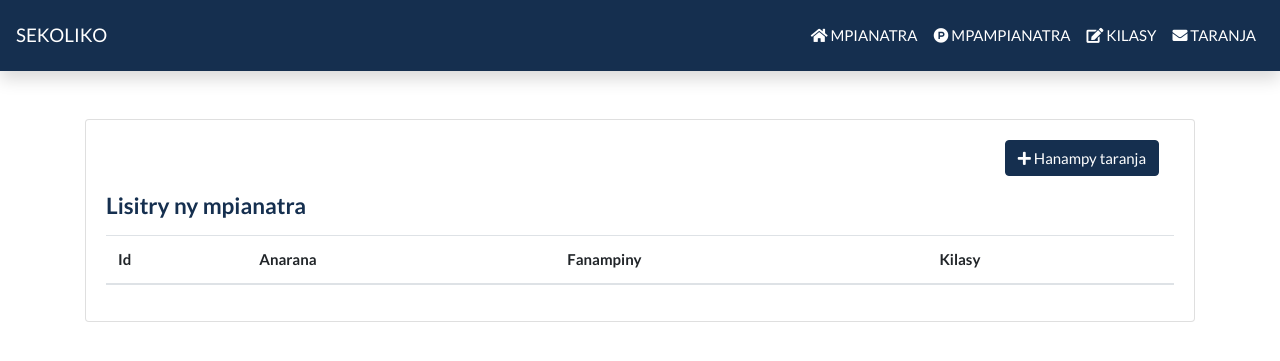
Repository: niainamahefa/j2ee-sekoliko
Page: http://localhost/Ecole/professeur
These files come from the project's save history. The page is drawn as it stood at one moment and after the next save; the edit follows.
The browser window is 1280 px wide. The pictures show the whole page.
The page is served by Tomcat 9. Queries for data that is not in the repository find no rows.

Above is the page before, as saved 2021-02-07 14:28:23.

After the next save:
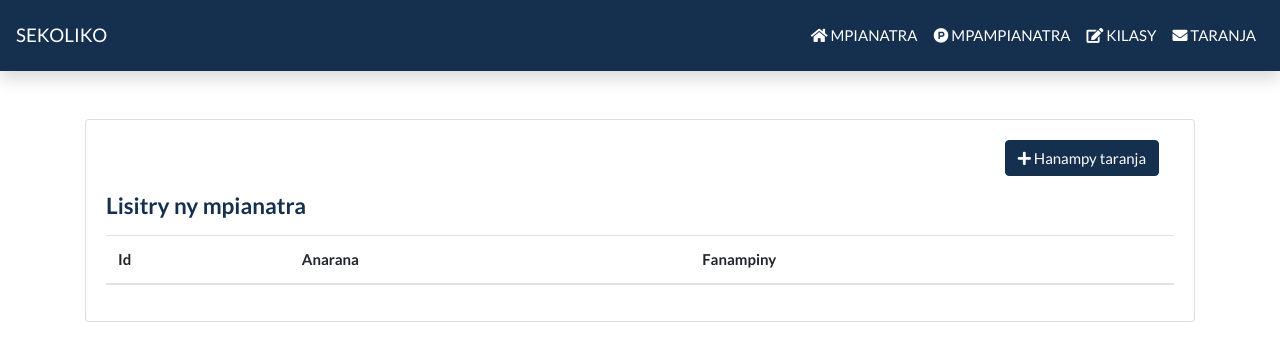
Saved 18 s later.
--- a/Ecole/WebContent/WEB-INF/professeur.jsp
+++ b/Ecole/WebContent/WEB-INF/professeur.jsp
@@ -48,7 +48,7 @@
                             <th>Id</th>
                             <th>Anarana</th>
                             <th>Fanampiny</th>
-                             <th>Kilasy</th>
+
                         </tr>
                     </thead>
                     <tbody>
@@ -57,7 +57,6 @@
                            		 <td><c:out value="${eleve.prof_id }"/></td>
                                 <td><c:out value="${eleve.prof_nom }"/></td>
                                 <td><c:out value="${eleve.prof_prenom }"/></td>
-
                                 <td>
                                 <a class="btn btn-sm btn-success" href="editer?prof_id=<c:out value="${eleve.prof_id }"/>" ><i class="fas fa-edit"></i></a>
                                 <a class="btn btn-sm btn-danger" href="supprimer?prof_id=<c:out value="${eleve.prof_id }"/>" ><i class="fas fa-trash"></i></a>
